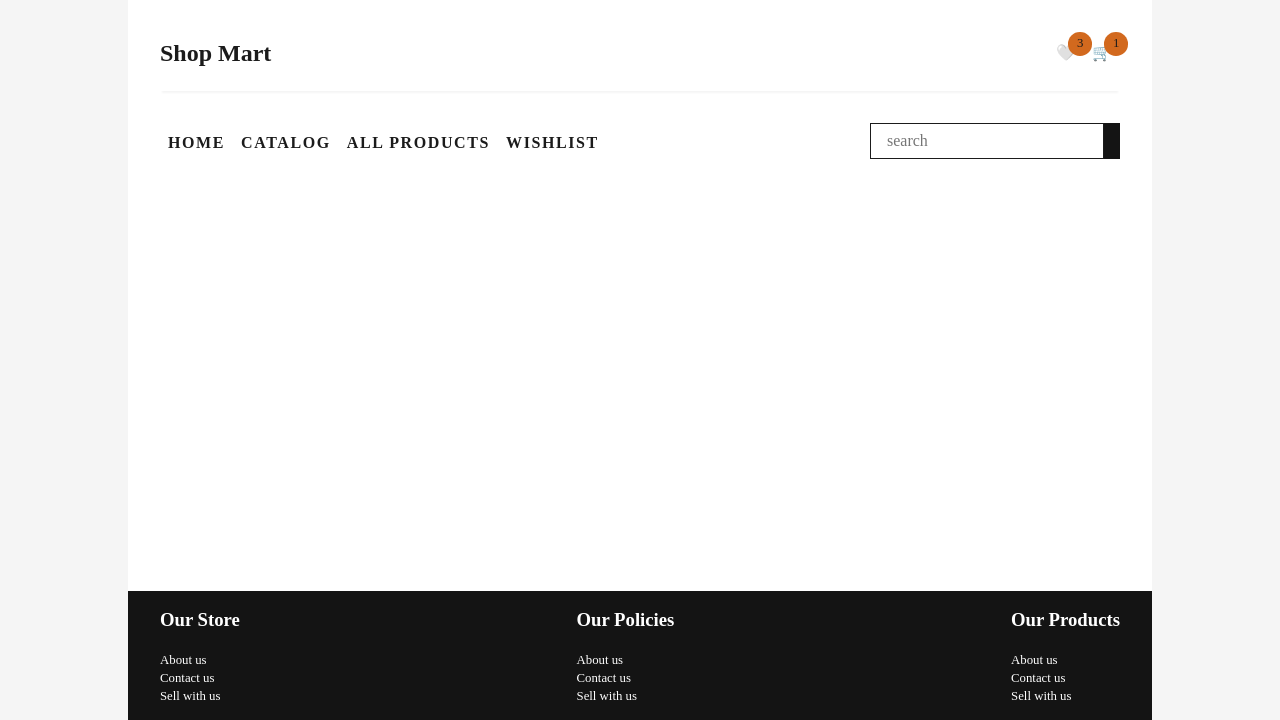
Repository: Zalida-Khan/Lab-1-3170
Page: /
The author's editor kept a copy of each file at every save. The page is drawn from the files as they stood at one save, then again after a run of saves.
The browser window is 1280 px wide. The pictures show the whole page.
The project was rebuilt for these pictures with package versions that can differ from the ones it lists, and the page was loaded fresh each time. Also part of the build but not shown: vite.config.js.

Above is the page before, as saved 2024-09-11 13:57:01.

### index.html
<!doctype html>
<html lang="en">
  <head>
    <meta charset="UTF-8" />
    <link rel="icon" type="image/svg+xml" href="/vite.svg" />
    <meta name="viewport" content="width=device-width, initial-scale=1.0" />
    <title>Shop Mart</title>
  </head>
  <body>
    <div id="root"></div>
    <script type="module" src="/src/main.jsx"></script>
  </body>
</html>

### src/App.jsx
function App() {
  return (
    <div className="app">
      <section id="content">
        <header>
          <div>
            <h1>Shop Mart</h1>
            <div>
              <button className="icon-btn">
                <span>&#129293;</span>
                <span className="badge">3</span>
              </button>
              <button className="icon-btn">
                <span>&#128722;</span>
                <span className="badge">1</span>
              </button>
            </div>
          </div>
          <div>
            <nav>
              <button>home</button>
              <button>catalog</button>
              <button>all products</button>
              <button>wishlist</button>

            </nav>
            <form>
              <input type="search" placeholder="search"></input>
              <button></button>
            </form>
          </div>
        </header>

        <main></main>
      </section>
      <footer>
        <div>
          <h3>Our Store</h3>
          <ul>
            <li>
              <a href="">About us</a>
            </li>
            <li>
              <a href="">Contact us</a>
            </li>
            <li>
              <a href="">Sell with us</a>
            </li>
          </ul>
        </div>

        <div>
          <h3>Our Policies</h3>
          <ul>
            <li>
              <a href="">About us</a>
            </li>
            <li>
              <a href="">Contact us</a>
            </li>
            <li>
              <a href="">Sell with us</a>
            </li>
          </ul>
        </div>

        <div>
          <h3>Our Products</h3>
          <ul>
            <li>
              <a href="">About us</a>
            </li>
            <li>
              <a href="">Contact us</a>
            </li>
            <li>
              <a href="">Sell with us</a>
            </li>
          </ul>
        </div>
      </footer>
    </div>
  );
}

export default App;

### src/index.css
*,
*::before,
*::after {
  box-sizing: border-box;
  color: inherit;
}

html, body, #root {
  height: 100%;
}

body {
  background: #f5f5f5;
  margin: 0;
  color: #1b1b1b;
}

button,
input[type="text"],
input[type="search"] {
  appearance: none;
  background: transparent;
  border: none;
  font: inherit;
  padding: 0;
  width: auto;
}

input[type="text"],
input[type="search"] {
  padding: 0.5em 1em;
  border: 1px solid;

  &:focus {
    outline: none;
  }
}

.app {
  display: flex;
  flex-direction: column;
  width: 80%;
  margin: 0 auto;
  background: #fff;
  min-height: 100%;
  justify-content: space-between;

  section#content {
    margin-top: 1.5rem;
    display: flex;
    flex-direction: column;
    gap: 1.5rem;

    header,
    main {
      padding: 0 2em;
    }

    header {
      margin: 1em 0;
      display: flex;
      flex-direction: column;
      gap: 2em;


      > div {
        display: flex;
        justify-content: space-between;

        &:first-child {
          padding-bottom: 1.5em;
          box-shadow: 0 4px 2px -2px #f5f5f5;
        }
      }

      h1 {
        padding: 0;
        margin: 0;
      }

      nav {
        padding-top: .5em;

        button {
          text-transform: uppercase;
          font-weight: bold;
          letter-spacing: .1em;

          &:hover {
            background-color: #141414;
            color: #fff;
          }
        }

        + form {
          display: flex;
          button {
            background: #141414;
            color: #fff;
          }
        }

      }

    }

    main {
      display: flex;
      gap: 1rem;
      flex-wrap: wrap;
    }
  }

  footer {
    padding: 0 2em;
    background: #141414;
    display: flex;
    justify-content: space-between;

    color: #fff;

    ul {
      list-style: none;
      padding: 0;
    }

    a {
      color: #fff;
      text-decoration: none;
      font-size: .8em;
    }
  }

  button {
    padding: 0.2em 0.5em;
  }
}

.product {
  display: flex;
  flex-direction: column;
  height: 300px;
  background: #fff;

  img {
    height: 200px;
  }

}

.product > p {
  padding: 0 1rem;
  display: flex;
  flex-direction: column;


  span {
    padding: .2rem;
  }

  span.pr-name {
    font-size: 1.2em;
  }
  span.pr-price {
    font-weight: bold;
    font-size: 0.9em;
  }
}


/* Form styles */

.cbox { /*checkbox control group (input + label) */
  margin: .5em 0;
  font-size: 20px;
  min-height: 1em;
  padding-left: 1em; /* create space for the checkbox */
  position: relative;

  label::before,
  label::after,
  input[type="checkbox"] {
    position:absolute;
  }

  label::before,
  input[type="checkbox"] { /* customize checkbox size */
    height: 1em;
    left: 0;
    top: 0;
    width: 1em;
  }

  input[type="checkbox"] { /* hide native checkbox look-and-feel */
    margin: 0;
    opacity: 0;
    z-index: 1;
  }

  label::before { /* custom checkbox look-and-feel */
    background: transparent;
    border: .1em solid currentcolor;
    content: "";
  }

  label::after { /* custom checkbox marker */
    content: "";
    border: solid;
    background: transparent;
    border-width: 0 0 .1em .1em;
    box-sizing: content-box;
    height: .2em;
    left: .2em;
    width: .5em;
    top: .3em;
    transform: rotate(-45deg);
    position: absolute;
    opacity: 0; /* hidden when not checked */
  }

  &:has(> input[type="checkbox"]:checked) > label::before {
    /* change border color when checked */
    border-color: green;
  }

  input[type="checkbox"]:checked + label::after {
    /* show marker and change its color */
    opacity: 1;
    border-color: green;
  }

  label {
    padding-left: .5em;
  }
}

.rbox { /* radio button control */
  margin: .5em 0;
  font-size: 20px;
  min-height: 1em;
  padding-left: 1em;
  position: relative;

  label::before,
  label::after,
  input[type="radio"] {
    position: absolute;
    margin: 0;
    padding: 0;
  }

  label::before,
  input[type="radio"] {
    width: 1em;
    height: 1em;
    left: 0;
    top: 0;
  }

  label::before {
    background: transparent;
    border: .1em solid currentcolor;
    content: "";
    border-radius: 50%;
  }

  input[type="radio"] {
    z-index: 1;
    opacity: 0;
  }

  label::after {
    content: "";
    width: .5em;
    height: .5em;
    background: green;
    top: .25em;
    left: .25em;
    border-radius: 50%;
    opacity: 0;
  }

  &:has(input[type="radio"]:checked) > label::before {
    border-color: green;
  }

  input[type="radio"]:checked + label::after {
    opacity: 1;
  }

  label {
    padding-left: .5em;
  }
}

button.icon-btn {
  position: relative;


  span.badge {
    position: absolute;
    box-sizing: content-box;
    display: inline-block;
    font-size: .8rem;
    line-height: 1.2;
    padding: .3em;
    width: 1rem;
    height: 1rem;
    border-radius: 50%;
    right: -0.5rem;
    top: -0.5rem;
    background: chocolate;

  }
}

Loaded but not shown: src/main.jsx (common file)

After the next 4 saves:
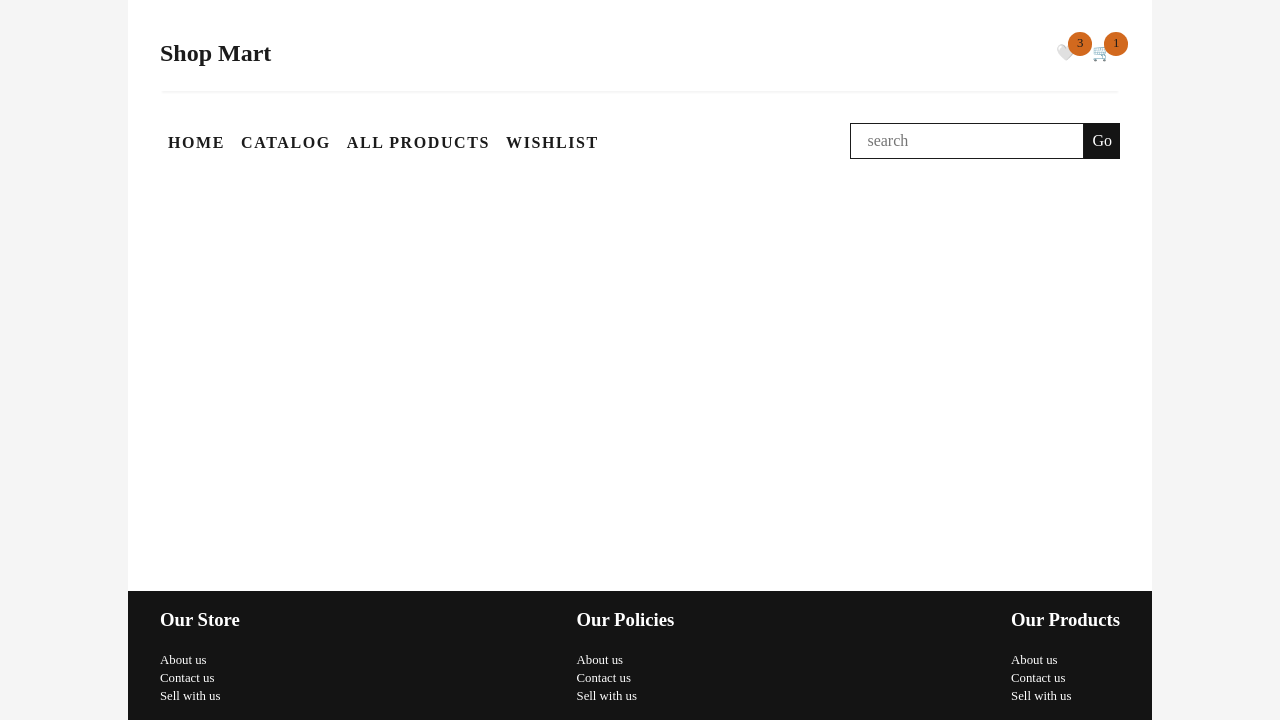
The 4 saves are shown as one change because they came seconds apart.
The last was saved 11 s later.
--- a/src/App.jsx
+++ b/src/App.jsx
@@ -26,7 +26,7 @@ function App() {
             </nav>
             <form>
               <input type="search" placeholder="search"></input>
-              <button></button>
+              <button type="button">Go</button>
             </form>
           </div>
         </header>
